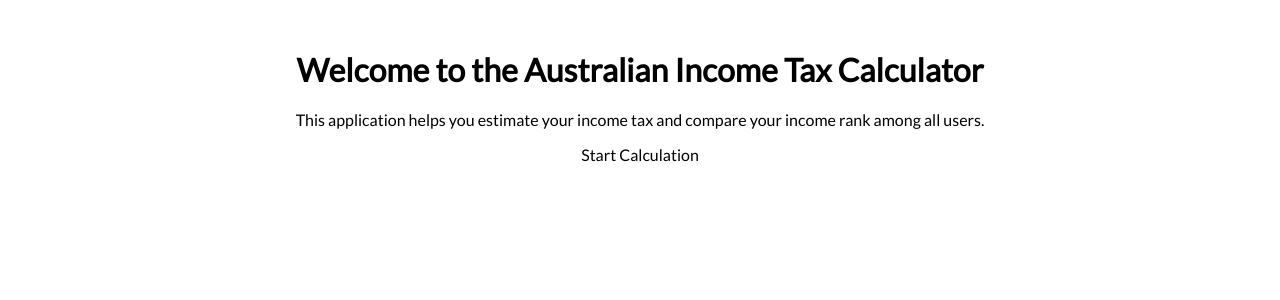
Repository: Tracy-maker/tax_calculator
Page: /calculator
These files come from the project's save history. The page is drawn as it stood at one moment and after the next save; the edit follows.
The browser window is 1280 px wide. The pictures show the whole page.
The project was rebuilt for these pictures with package versions that can differ from the ones it lists, and the page was loaded fresh each time. Also part of the build but not shown: vite.config.js.

Above is the page before, as saved 2024-06-26 13:48:48.

### index.html
<!doctype html>
<html lang="en">
  <head>
    <meta charset="UTF-8" />
    <link rel="icon" href="src/assets/logo.svg" />
    <meta name="viewport" content="width=device-width, initial-scale=1.0" />
    <title>Tax Calculator</title>
  </head>
  <body>
    <div id="app"></div>
    <script type="module" src="/src/main.js"></script>
  </body>
</html>

### src/assets/main.css
@import url('https://fonts.googleapis.com/css?family=Lato&display=swap');

:root {
  --box-shadow: 0 1px 3px rgba(0, 0, 0, 0.12), 0 1px 2px rgba(0, 0, 0, 0.24);
}

* {
  box-sizing: border-box;
}

body {
  font-family: 'Lato', sans-serif;
  margin: 0;
  padding: 0;
  box-sizing: border-box;
}

header {
  background-color: #42b983;
  padding: 10px;
  color: white;
}

nav {
  display: flex;
  justify-content: center;
  gap: 15px;
}

nav a {
  color: white;
  text-decoration: none;
}

nav a.router-link-exact-active {
  font-weight: bold;
}

main {
  padding: 20px;
}

footer {
  margin-top: 50px;
  padding: 10px;
  background-color: #42b983;
  color: white;
}

.home {
  text-align: center;
  margin-top: 50px;
}

.calculator {
  max-width: 600px;
  margin: 0 auto;
  padding: 20px;
}

.results {
  text-align: center;
  margin-top: 50px;
}

.modal {
  position: fixed;
  top: 0;
  left: 0;
  width: 100%;
  height: 100%;
  background-color: rgba(0, 0, 0, 0.5);
  display: flex;
  justify-content: center;
  align-items: center;
}

.modal-content {
  background-color: white;
  padding: 20px;
  border-radius: 5px;
  text-align: center;
}

.close {
  position: absolute;
  top: 10px;
  right: 10px;
  cursor: pointer;
}

.share-buttons {
  display: flex;
  flex-direction: column;
  gap: 10px;
}

### src/App.vue
<template>
  <div class="home">
    <h1>Welcome to the Australian Income Tax Calculator</h1>
    <p>
      This application helps you estimate your income tax and compare your income rank among all
      users.
    </p>
    <router-link to="/calculator">Start Calculation</router-link>
  </div>
</template>

<script lang="ts">
import { defineComponent } from 'vue'

export default defineComponent({
  name: 'HomePage'
})
</script>

Loaded but not shown: src/main.js (common file)

After the next save:
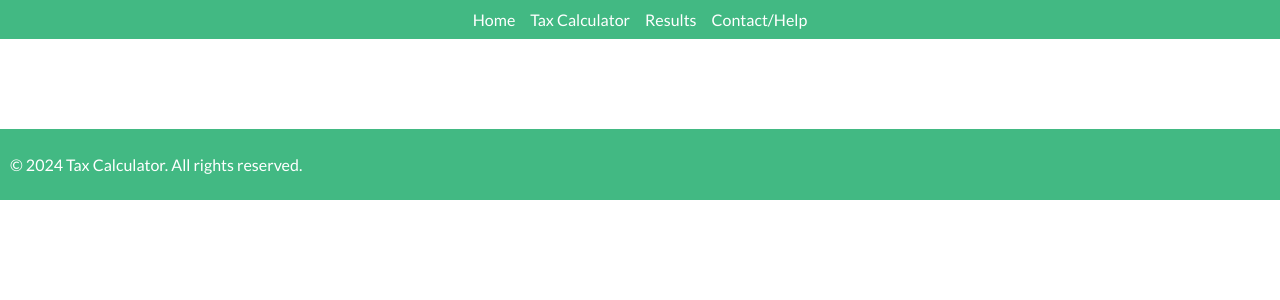
Saved 13 min 26 s later.
--- a/src/App.vue
+++ b/src/App.vue
@@ -1,11 +1,19 @@
 <template>
-  <div class="home">
-    <h1>Welcome to the Australian Income Tax Calculator</h1>
-    <p>
-      This application helps you estimate your income tax and compare your income rank among all
-      users.
-    </p>
-    <router-link to="/calculator">Start Calculation</router-link>
+  <div id="app">
+    <header>
+      <nav>
+        <router-link to="/">Home</router-link>
+        <router-link to="/calculator">Tax Calculator</router-link>
+        <router-link to="/results">Results</router-link>
+        <router-link to="/contact">Contact/Help</router-link>
+      </nav>
+    </header>
+    <main>
+      <router-view></router-view>
+    </main>
+    <footer>
+      <p>&copy; 2024 Tax Calculator. All rights reserved.</p>
+    </footer>
   </div>
 </template>
 
@@ -13,6 +21,6 @@
 import { defineComponent } from 'vue'
 
 export default defineComponent({
-  name: 'HomePage'
+  name: 'App'
 })
 </script>
